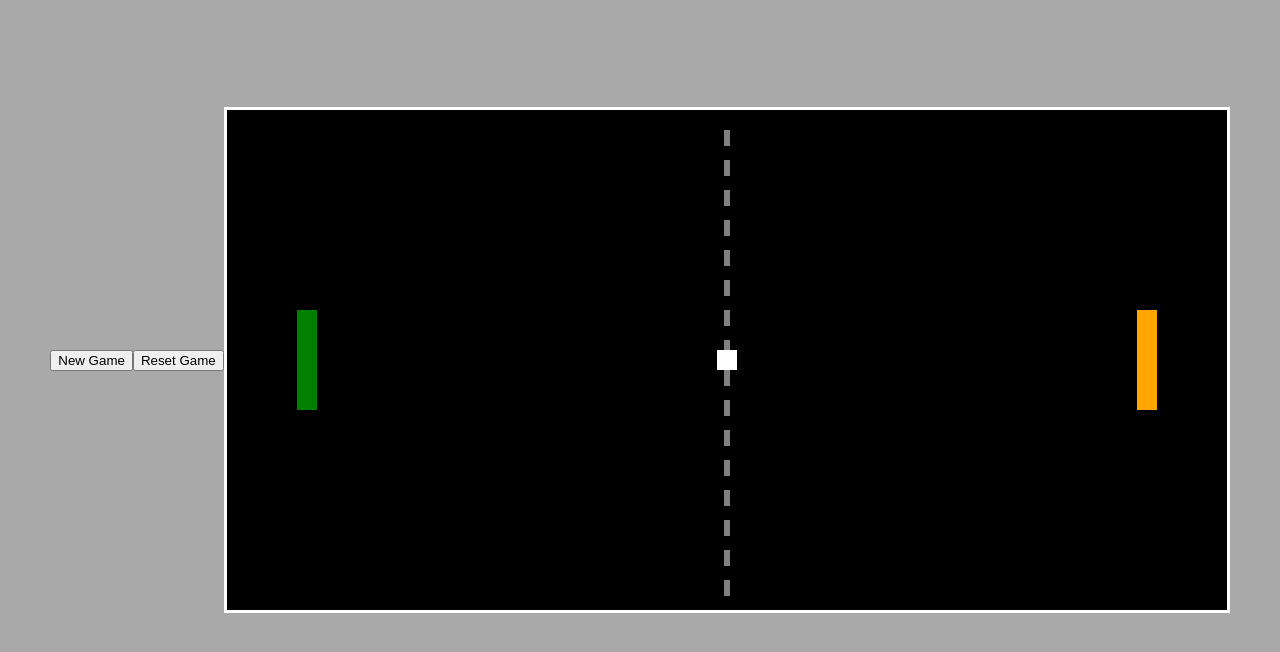
Repository: Dawid-Krasik/Ping-Pong.JS
Page: index.html
The author's editor kept a copy of each file at every save. The page is drawn from the files as they stood at one save, then again after the next save.
The browser window is 1280 px wide. The pictures show the whole page.
After loading, the first visible `#newGameButton` was clicked once.

Above is the page before, as saved 2019-09-29 20:58:14.
Console error: ReferenceError: play is not defined

After the next save:
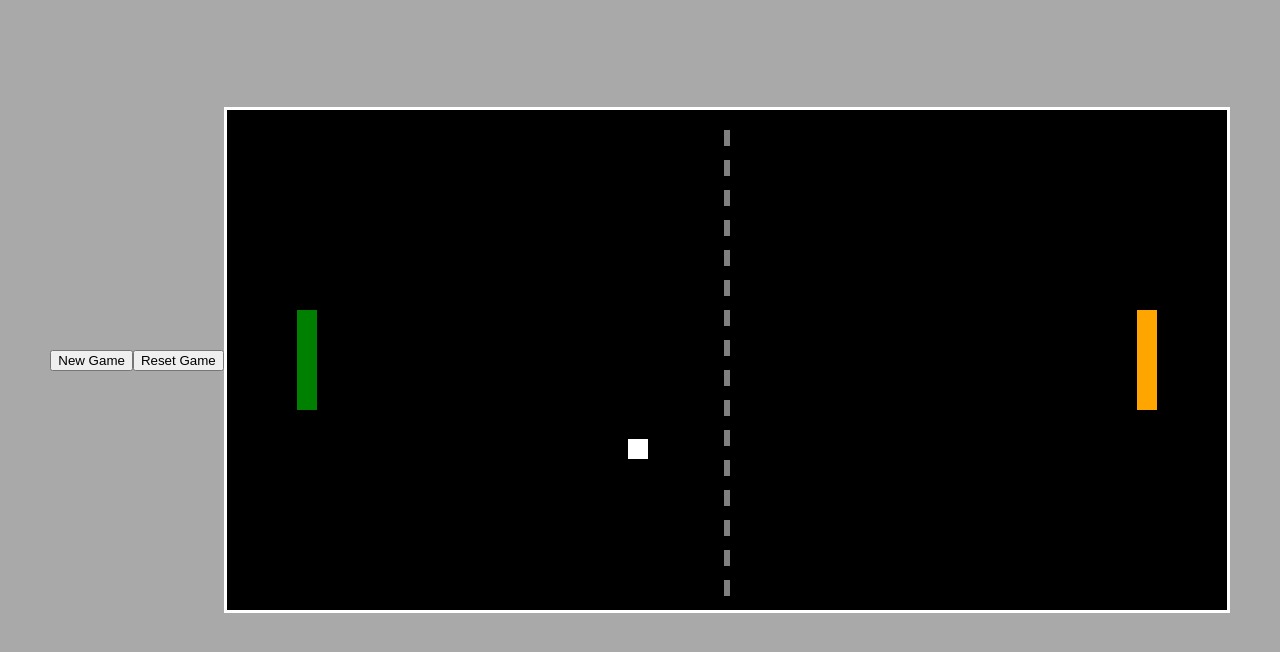
The error is gone.
Saved 2 min 32 s later.
--- a/script.js
+++ b/script.js
@@ -58,7 +58,7 @@
     sound.loop = true;
     sound.autoplay = true;
     sound.volume = 0.1;
-    } play;
+    }
 }
 function muteM() {
 
@@ -67,7 +67,8 @@
         sound.loop = false;
         sound.autoplay = false;
         sound.volume = 0;
-    } stop;
+        sound.pause();
+    }
 
 
 }
